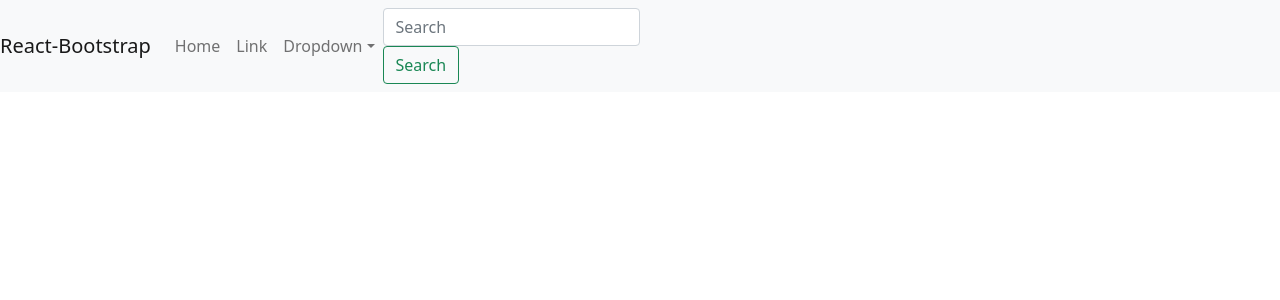
Repository: ward438/improved_portfolio
Page: / (app in client/)
These files come from the project's save history. The page is drawn as it stood at one moment and after the next save; the edit follows.
The browser window is 1280 px wide. The pictures show the whole page.
The page's requests for data from a server got no answer. The project was rebuilt for these pictures with package versions that can differ from the ones it lists, and the page was loaded fresh each time. No one was signed in, and anything a server would have sent is missing. Also part of the build but not shown: client/src/App.css.

Above is the page before, as saved 2021-06-17 14:06:05.

After the next save:
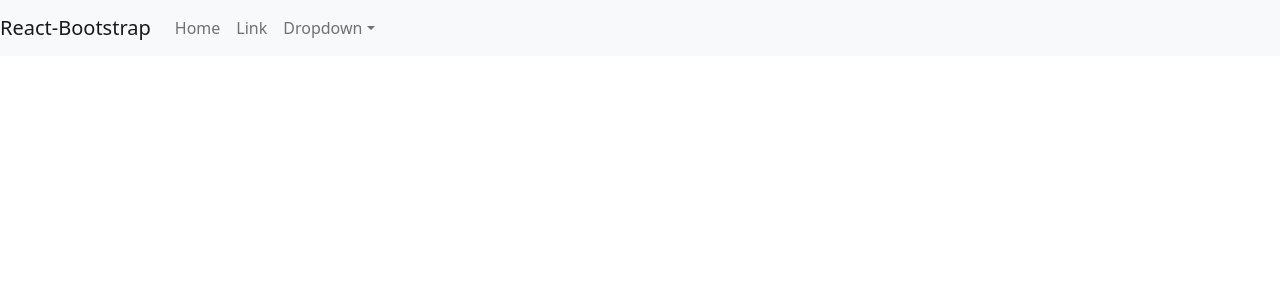
Saved 47 s later.
--- a/client/src/components/header.js
+++ b/client/src/components/header.js
@@ -19,10 +19,7 @@ function Header() {
             <NavDropdown.Item href="#action/3.4">Separated link</NavDropdown.Item>
           </NavDropdown>
         </Nav>
-        <Form inline>
-          <FormControl type="text" placeholder="Search" className="mr-sm-2" />
-          <Button variant="outline-success">Search</Button>
-        </Form>
+
       </Navbar.Collapse>
     </Navbar>
     )
